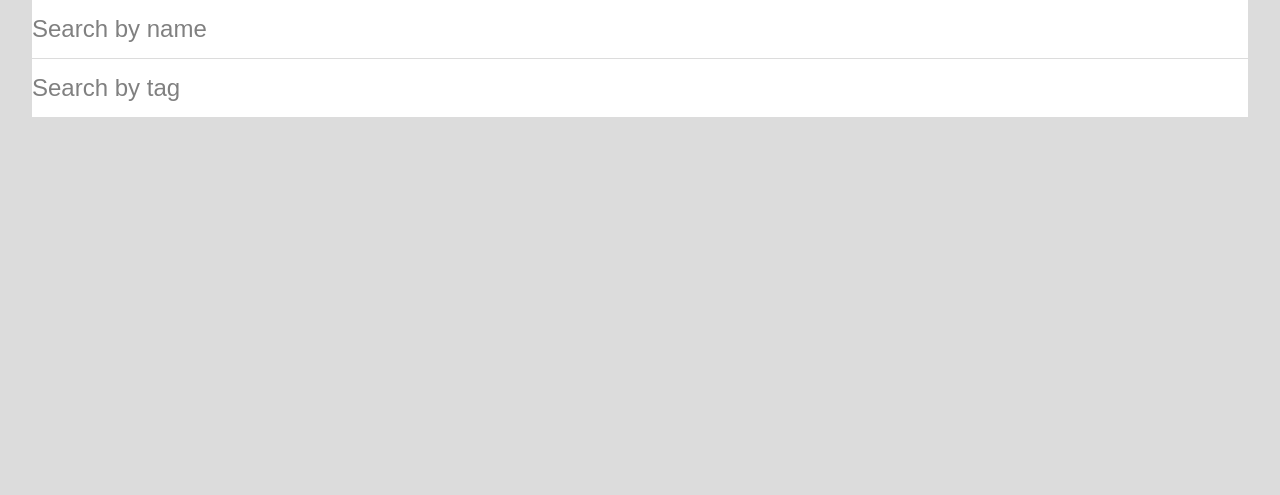
Repository: randysteele/randy-steele-hatchways-assessment-frontend
Page: /
These files come from the project's save history. The page is drawn as it stood at one moment and after the next save; the edit follows.
The browser window is 1280 px wide. The pictures show the whole page.
The page's requests for data from a server got no answer. The project was rebuilt for these pictures with package versions that can differ from the ones it lists, and the page was loaded fresh each time. No one was signed in, and anything a server would have sent is missing. Also part of the build but not shown: src/components/Student.js.

Above is the page before, as saved 2020-11-29 10:59:53.

### src/App.js
import React, { Component } from 'react';
import axios from 'axios';
import './App.css';
import Student from './components/Student';


class App extends Component {
  constructor() {
    super();
    this.state = ({

    })
  }

  componentDidMount = () => {
    axios({
      method: "GET",
      url: "https://www.hatchways.io/api/assessment/students",
    }).then((res) => {
      const students = res.data.students;
      this.studentData(students);
    })
  }

  studentData = (students) => {
    let studentArray = []
    const add = (a, b) => {
      return Number(a) + Number(b)
    }

    students.forEach((student) => {
      const grades = student.grades
      const sum = grades.reduce(add)
      const average = `${(sum / (grades.length))}%`
      const obj = {
        pic: student.pic,
        firstName: student.firstName.toLowerCase(),
        lastName: student.lastName.toLowerCase(),
        name: `${student.firstName} ${student.lastName}`,
        company: student.company,
        email: student.email,
        skill: student.skill,
        gradeArray: student.grades,
        average: average,
        key: student.id,
        tags: []
      }
      studentArray.push(obj)
    })

    this.setState({
      students: studentArray,
      filteredArray: studentArray
    })
  }

  addTag = (id, tags) => {
    const students = Array.from(this.state.students)
    students[id - 1].tags = tags;
    this.setState({
      students
    })
  }

  handleNameChange = (e) => {
    const searchQuery = e.target.value.toLowerCase();

    const match = (students) => {
      return (
        students.firstName.includes(searchQuery) || students.lastName.includes(searchQuery)
      )
    }

    const filteredArray = this.state.students.filter(match)

    this.setState({
      filteredArray: filteredArray
    })
  }

  handleTagChange = (e) => {
    const searchQuery = e.target.value.toLowerCase();
    let tagMatchArray = this.state.students;
    let filteredArray = this.state.students;

    const match = (student) => {
      return student.tagMatch === true
    }

    tagMatchArray.forEach((student) => {
      student.tags.forEach((tag) => {
        student.tagMatch = false
        if (tag.includes(searchQuery)) {
          student.tagMatch = true
        }
      })
    })

    filteredArray = tagMatchArray.filter(match)

    if (searchQuery.length === 0) {
      filteredArray = this.state.students;
    }

    this.setState({
      filteredArray: filteredArray
    })
  }

  render() {
    return (
      <div className="App">
        <section className="studentContainer">

          <form action="" className="searchForm">
            <input type="text" placeholder="Search by name" onChange={this.handleNameChange}/>
            <input type="text" placeholder="Search by tag" onChange={this.handleTagChange} />
          </form>

          {this.state.students ?
            <div>
              {this.state.filteredArray.map((student) => {
                return (
                  <Student key={student.key} student={student} addTag={this.addTag}/>
                )
              })}
            </div>
          : null }
        </section>
      </div>
    );
  }
}


export default App;

### src/App.css
article,aside,details,figcaption,figure,footer,header,hgroup,nav,section,summary{display:block;}audio,canvas,video{display:inline-block;}audio:not([controls]){display:none;height:0;}[hidden]{display:none;}html{font-family:sans-serif;-webkit-text-size-adjust:100%;-ms-text-size-adjust:100%;}a:focus{outline:thin dotted;}a:active,a:hover{outline:0;}h1{font-size:2em;}abbr[title]{border-bottom:1px dotted;}b,strong{font-weight:700;}dfn{font-style:italic;}mark{background:#ff0;color:#000;}code,kbd,pre,samp{font-family:monospace, serif;font-size:1em;}pre{white-space:pre-wrap;word-wrap:break-word;}q{quotes:\201C \201D \2018 \2019;}small{font-size:80%;}sub,sup{font-size:75%;line-height:0;position:relative;vertical-align:baseline;}sup{top:-.5em;}sub{bottom:-.25em;}img{border:0;}svg:not(:root){overflow:hidden;}fieldset{border:1px solid silver;margin:0 2px;padding:.35em .625em .75em;}button,input,select,textarea{font-family:inherit;font-size:100%;margin:0;}button,input{line-height:normal;}button,html input[type=button],/* 1 */input[type=reset],input[type=submit]{-webkit-appearance:button;cursor:pointer;}button[disabled],input[disabled]{cursor:default;}input[type=checkbox],input[type=radio]{box-sizing:border-box;padding:0;}input[type=search]{-webkit-appearance:textfield;-moz-box-sizing:content-box;-webkit-box-sizing:content-box;box-sizing:content-box;}input[type=search]::-webkit-search-cancel-button,input[type=search]::-webkit-search-decoration{-webkit-appearance:none;}textarea{overflow:auto;vertical-align:top;}table{border-collapse:collapse;border-spacing:0;}body,figure{margin:0;}legend,button::-moz-focus-inner,input::-moz-focus-inner{border:0;padding:0;}

.clearfix:after {visibility: hidden; display: block; font-size: 0; content: ''; clear: both; height: 0; }

* { -moz-box-sizing: border-box; -webkit-box-sizing: border-box; box-sizing: border-box; }

body {
  font-family: 'Raleway', sans-serif;
  line-height: 0.8;
  background-color: gainsboro;
  color: grey;
}

.StudentList {
  background-color: white;
  width: 800px;
  min-height: 400px;
  max-height: 600px;
  overflow: hidden;
  overflow-y: scroll;
  margin: 50px auto;
  border-radius: 15px;
  box-shadow: grey 0px 4px 4px;
  position: relative;
}

.searchForm {
  width: 100%;
  text-align: center;
}

input {
  border: 0;
  border-bottom: solid 1px gainsboro;
  font-size: 1.5rem;
  font-family: 'Raleway', sans-serif;
}

.searchForm input {
  width: 95%;
  padding: 15px 0;
  margin: 0 auto;
}

input:focus {
  outline: none;
  border-bottom: solid 1px black;
}

input::placeholder {
  color: grey;
}

.student {
  border-bottom: solid 1px gainsboro;
  display: flex;
  padding-left: 30px;
}

.student:last-child {
  border-bottom: solid 1px transparent;
}

.student .robotAvatar {
  width: 120px;
  height: 120px;
  border-radius: 50%;
  border: solid 1px grey;
  margin-right: 20px;
  margin-top: 15px;
}

.studentName {
  text-transform: uppercase;
  color: black;
  font-size: 1.5rem;
  font-weight: 700;
}

.infoIndented {
  padding-left: 25px;
}

.buttonHolder {
  position: absolute;
  right: 15px;
  padding-top: 15px;
}

.buttonHolder button {
  border: 0;
  background-color: inherit;
}

.buttonHolder button:focus {
  outline: none;
}

.buttonHolder i {
  font-size: 1.5rem;
  color: grey;
}

.grade {
  padding-left: 15px;
}

.gradeList {
  line-height: 0.2;
  padding-top: px;
}

.tagButton {
  border: 0;
  border-radius: 5px;
  background-color: gainsboro;
  padding: 10px 20px;
}

.tagForm {
  width: 200px;
  padding-top: 0;
  padding-bottom: 15px;
}

.tagForm input {
  width: 100%;
  padding: 7px 0px;
  font-size: 1rem;
}

.tag {
  color: black;
  background-color: gainsboro;
  border-radius: 7px;
  display: inline-block;
  margin-right: 10px;
  padding: 10px;
}

Loaded but not shown: public/index.html (common file); src/index.js (common file); src/index.css (common file); src/reportWebVitals.js (common file)

After the next save:
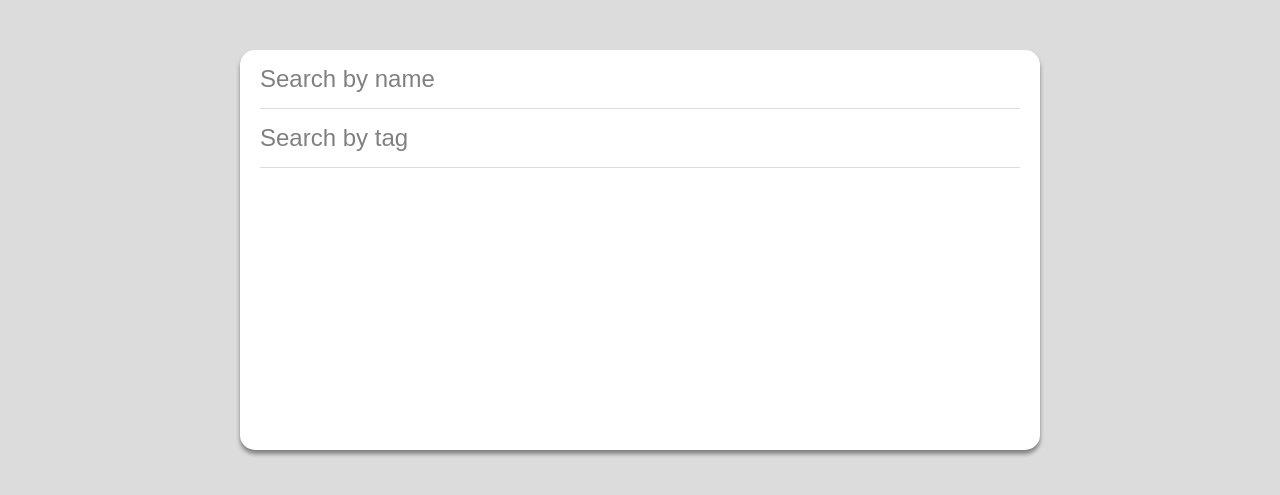
Saved 9 min 44 s later.
--- a/src/App.css
+++ b/src/App.css
@@ -11,7 +11,7 @@ body {
   color: grey;
 }
 
-.StudentList {
+.studentContainer {
   background-color: white;
   width: 800px;
   min-height: 400px;
